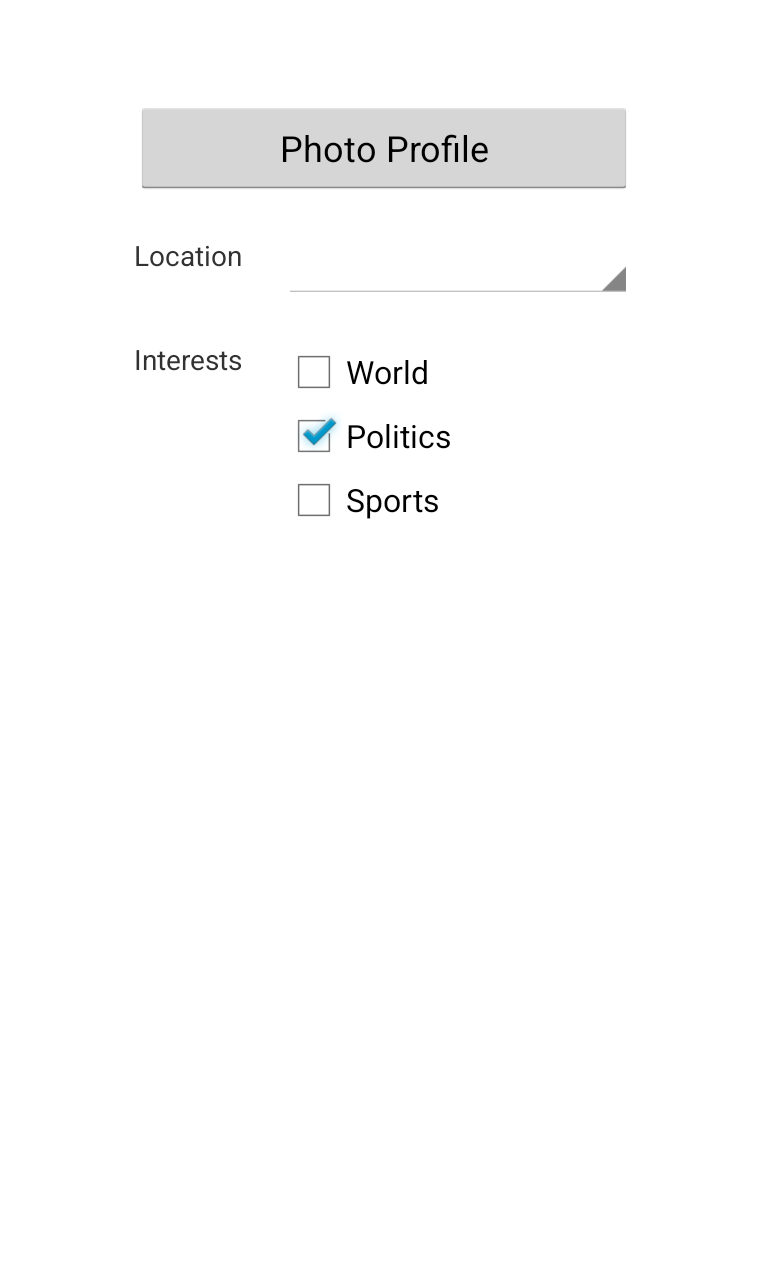
Repository: elvispap/The_Voice_of_People_Android_app
Layout: Voice of People/res/layout/profile_settings.xml
These files come from the project's save history. The layout is drawn as it stood at one moment and after the next save; the edit follows.
It is drawn on a 768 x 1280 px phone screen (xhdpi) without system bars, with theme AppTheme; the app's code is not run.

Above is the layout before, as saved 2014-01-05 20:48:26.

After the next save:
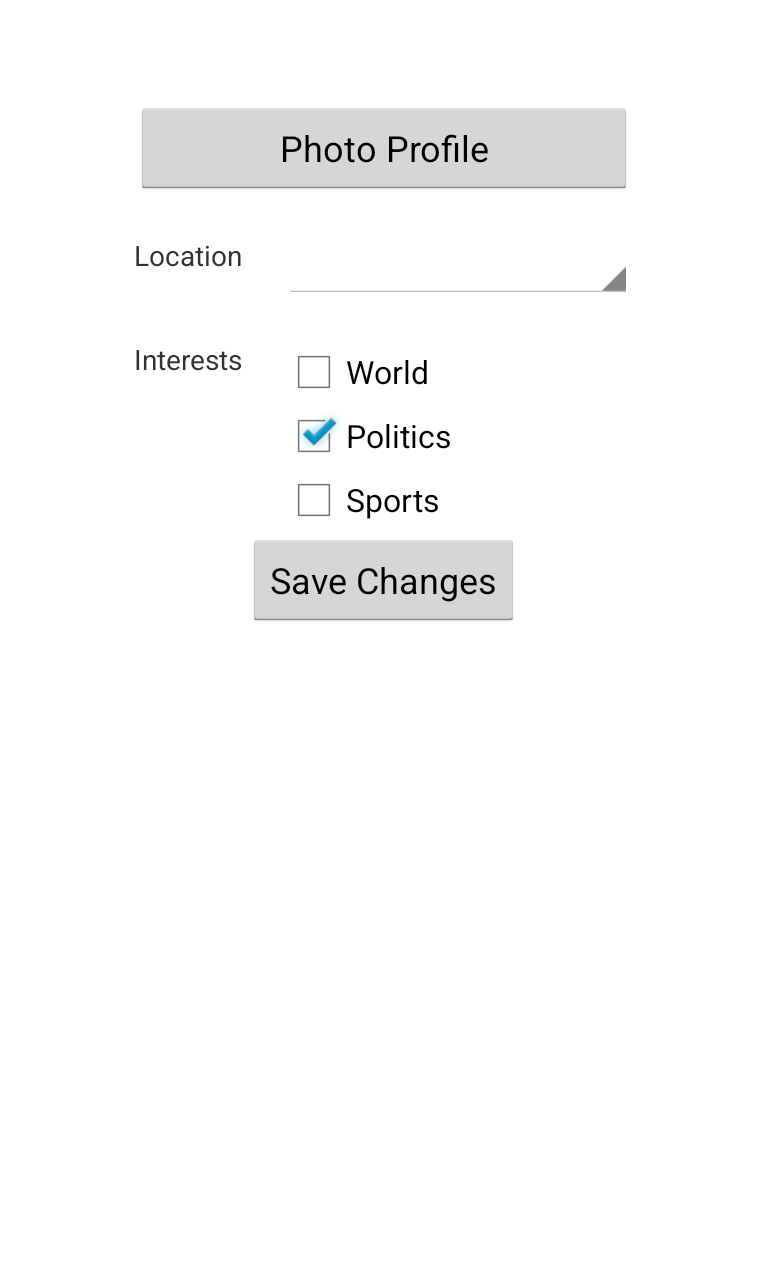
Saved 112 s later.
--- a/Voice of People/res/layout/profile_settings.xml
+++ b/Voice of People/res/layout/profile_settings.xml
@@ -76,4 +76,11 @@
 				</LinearLayout>
      </LinearLayout>
 
+    <Button
+        android:id="@+id/save"
+        android:layout_width="wrap_content"
+        android:layout_height="wrap_content"
+        android:layout_gravity="center_horizontal"
+        android:text="Save Changes" />
+
 </LinearLayout>
